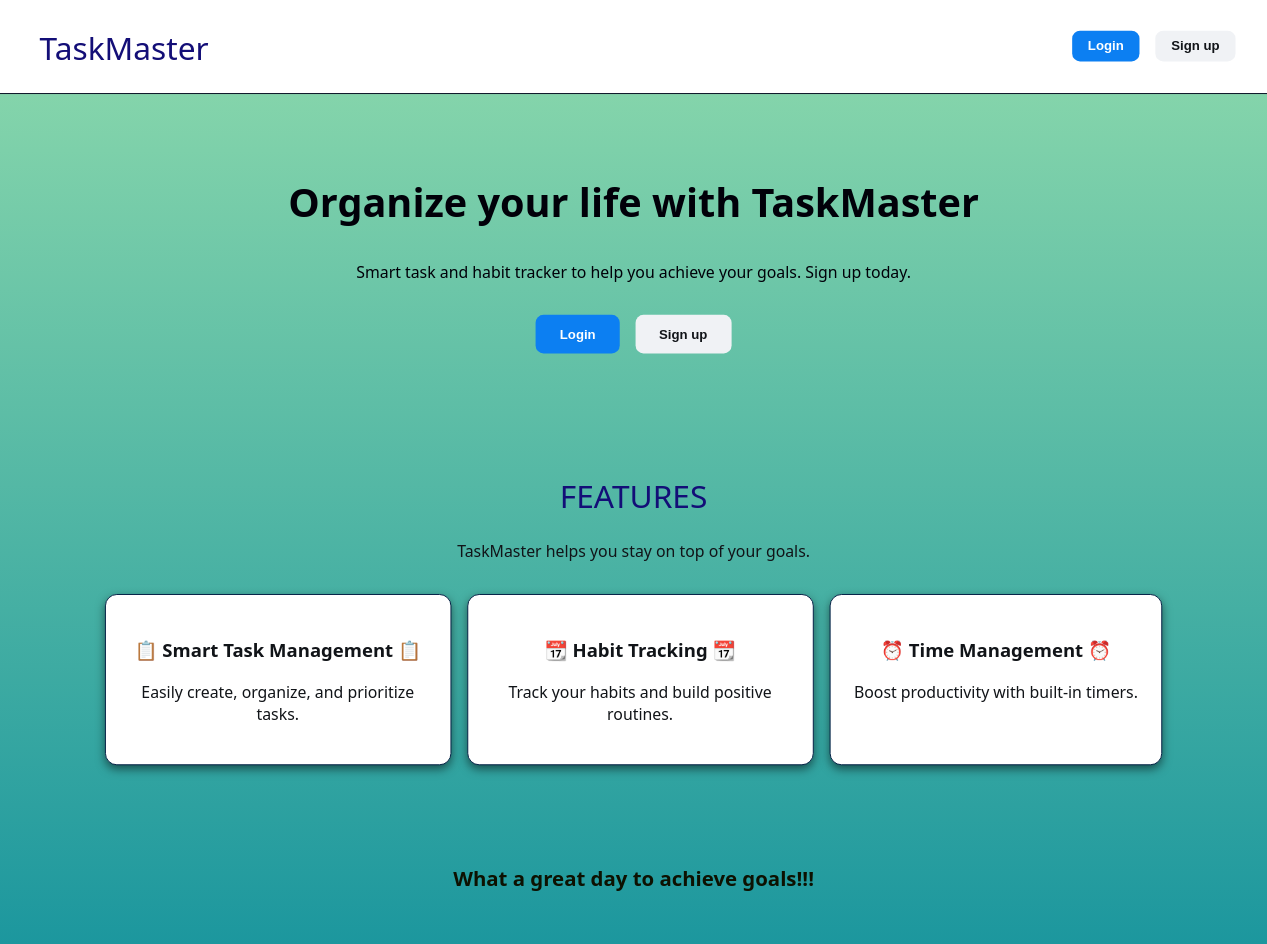
Repository: RachelB9913/smart-task-and-habit-tracker
Page: /
These files come from the project's save history. The page is drawn as it stood at one moment and after the next save; the edit follows.
The browser window is 1280 px wide. The pictures show the whole page, at 99% of full size.
The pointer rests on the first visible `.nav-actions button:first-child`.
The project was rebuilt for these pictures with package versions that can differ from the ones it lists, and the page was loaded fresh each time. Also part of the build but not shown: src/services/api.js, src/components/Login.js, src/components/Auth.css, src/components/Register.js, src/components/DashBoard.js.

Above is the page before, as saved 2025-06-18 18:44:40.

After the next save:
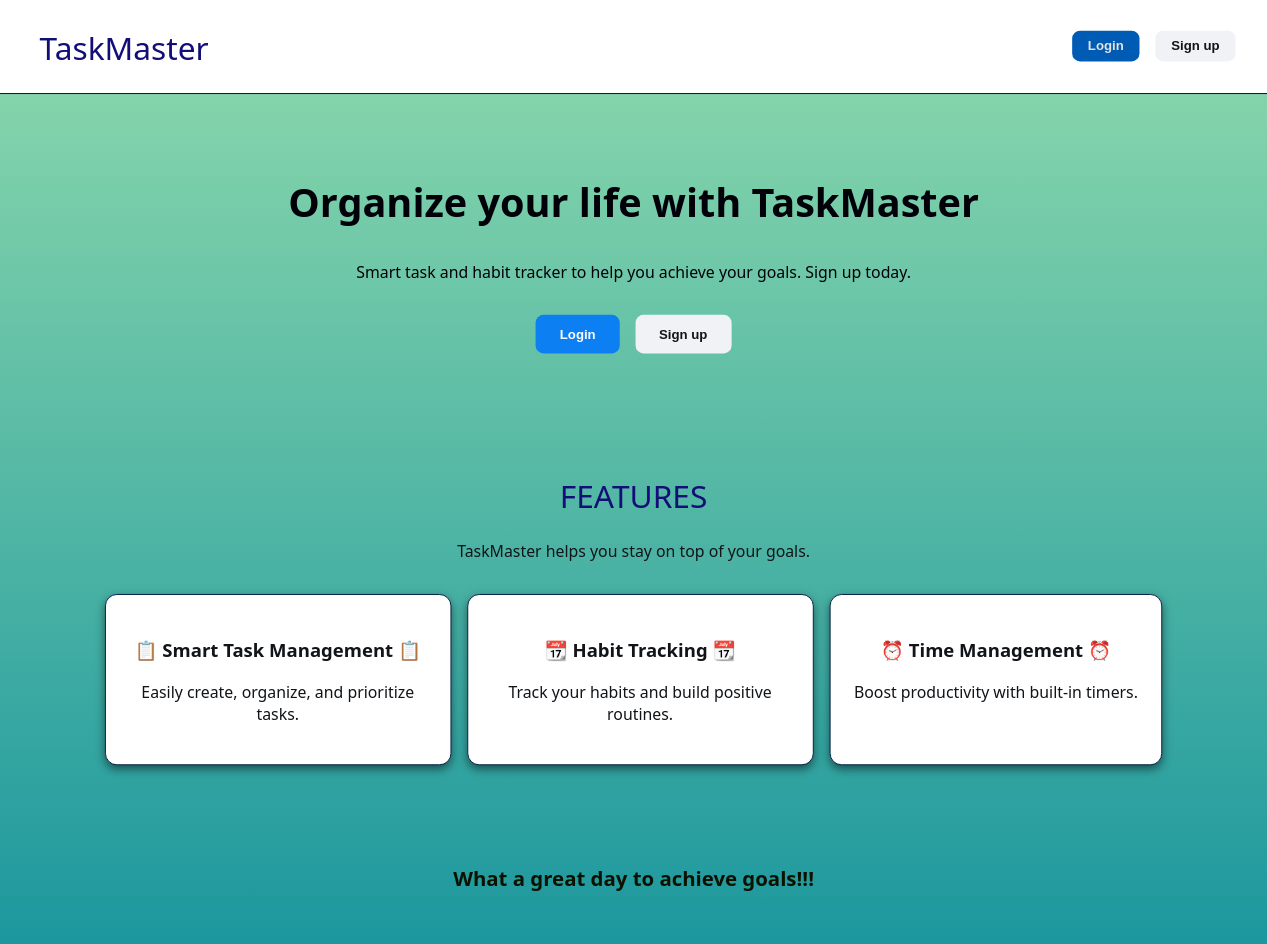
Saved 4 min 49 s later.
--- a/src/App.css
+++ b/src/App.css
@@ -93,16 +93,28 @@
   cursor: pointer;
 }
 
+
+
 /* login top */
 .nav-actions button:first-child {
   background: #0c7ff2;
   color: white;
 }
 
+.nav-actions button:first-child:hover {
+  background: #005bb5; /* new hover color */
+  color: #e3e3e3;      /* optional: change text color on hover */
+}
+
 /* sign up top */
 .nav-actions button:last-child {
   background: #f0f2f5;
   color: #111418;
+}
+
+.nav-actions button:last-child:hover {
+  background: #d1d5db; /* new hover color */
+  color: #0c7ff2;      /* optional: change text color on hover */
 }
 
 .welcome-hero {
